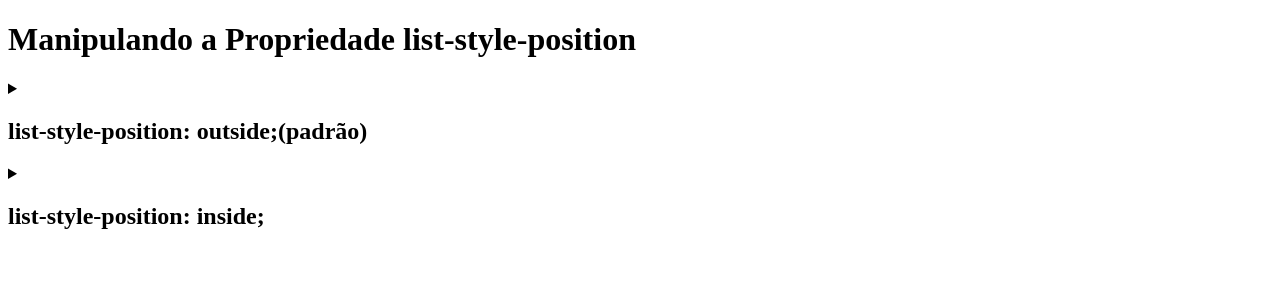
Repository: EmanuelUrbano/introducao_a_tecnologias
Page: 26_04_22/fundamentosCss/list_style_position.html
The author's editor kept a copy of each file at every save. The page is drawn from the files as they stood at one save, then again after the next save.
The browser window is 1280 px wide. The pictures show the whole page.

Above is the page before, as saved 2022-04-27 16:43:17.

After the next save:
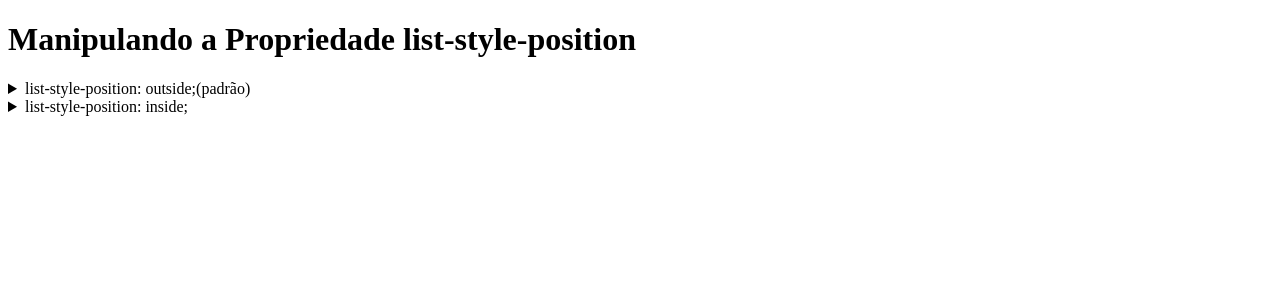
Saved 91 s later.
--- a/26_04_22/fundamentosCss/list_style_position.html
+++ b/26_04_22/fundamentosCss/list_style_position.html
@@ -11,7 +11,7 @@
     <h1>Manipulando a Propriedade list-style-position</h1>
     <details>
         <summary>
-            <h2>list-style-position: outside;(padrão)</h2>
+            list-style-position: outside;(padrão)
         </summary>
         <ul>
             <li>Lorem ipsum dolor sit amet, consectetur adipisicing elit. Fugiat, laboriosam, neque asperiores earum cumque eos suscipit nostrum deserunt at assumenda eum laborum harum totam eveniet quisquam consequuntur nisi ea molestias.</li>
@@ -21,7 +21,7 @@
     </details>
     <details>
         <summary>
-            <h2>list-style-position: inside;</h2>
+            list-style-position: inside;
         </summary>
         <ul>
             <li>Lorem ipsum dolor sit amet, consectetur adipisicing elit. Fugiat, laboriosam, neque asperiores earum cumque eos suscipit nostrum deserunt at assumenda eum laborum harum totam eveniet quisquam consequuntur nisi ea molestias.</li>
